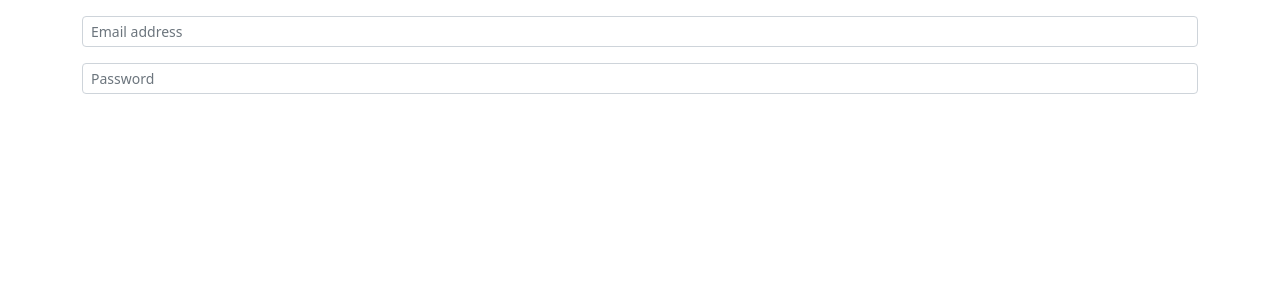
Repository: NPhanA/React2022
Page: / (app in Day 03-React/exercise/)
These files come from the project's save history. The page is drawn as it stood at one moment and after the next save; the edit follows.
The browser window is 1280 px wide. The pictures show the whole page.
The project was rebuilt for these pictures with package versions that can differ from the ones it lists, and the page was loaded fresh each time. Also part of the build but not shown: Day 03-React/exercise/src/App.css, Day 03-React/exercise/src/App.js, Day 03-React/exercise/src/Components/UserAgent.js, Day 03-React/exercise/src/Components/ProfileCard.js.

Above is the page before, as saved 2022-07-26 17:02:21.

### Day 03-React/exercise/src/index.js
import React from 'react';
import ReactDOM from 'react-dom/client';
import './index.css';
import App from './App';
import reportWebVitals from './reportWebVitals';
import 'bootstrap/dist/css/bootstrap.min.css';
import {createRoot} from 'react-dom/client';
import UserAgent from './Components/UserAgent';
import App1 from './Components/ProfileCard';
import ProfileCard from './Components/ProfileCard';
import SignInForm from './Components/SignInForm';
const container = document.getElementById('root');
const root = createRoot(container);
root.render(<SignInForm />);

### Day 03-React/exercise/src/Components/SignInForm.js
function SignInForm() {
    return (
        <div className="container">
            <div className="row">
                <div className="col-xs-12 col-xxl-3">
                <input type="email" className="form-control form-control-sm mt-3 mb-3" placeholder="Email address" required></input>
                <input type="password" className="form-control form-control-sm" placeholder="Password" required></input>
                </div>
            </div>
        </div>
    );
}

export default SignInForm;

Loaded but not shown: Day 03-React/exercise/public/index.html (common file); Day 03-React/exercise/src/index.css (common file); Day 03-React/exercise/src/reportWebVitals.js (common file)

After the next save:
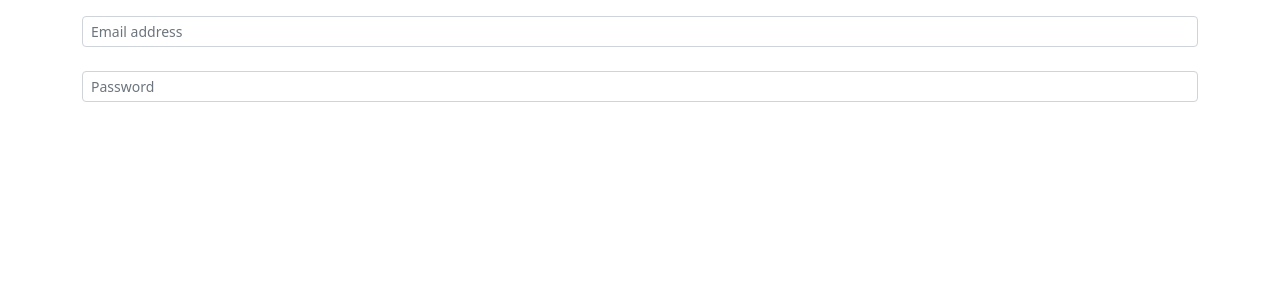
Saved 5 s later.
--- a/Day 03-React/exercise/src/Components/SignInForm.js
+++ b/Day 03-React/exercise/src/Components/SignInForm.js
@@ -3,7 +3,7 @@ function SignInForm() {
         <div className="container">
             <div className="row">
                 <div className="col-xs-12 col-xxl-3">
-                <input type="email" className="form-control form-control-sm mt-3 mb-3" placeholder="Email address" required></input>
+                <input type="email" className="form-control form-control-sm mt-3 mb-4" placeholder="Email address" required></input>
                 <input type="password" className="form-control form-control-sm" placeholder="Password" required></input>
                 </div>
             </div>
